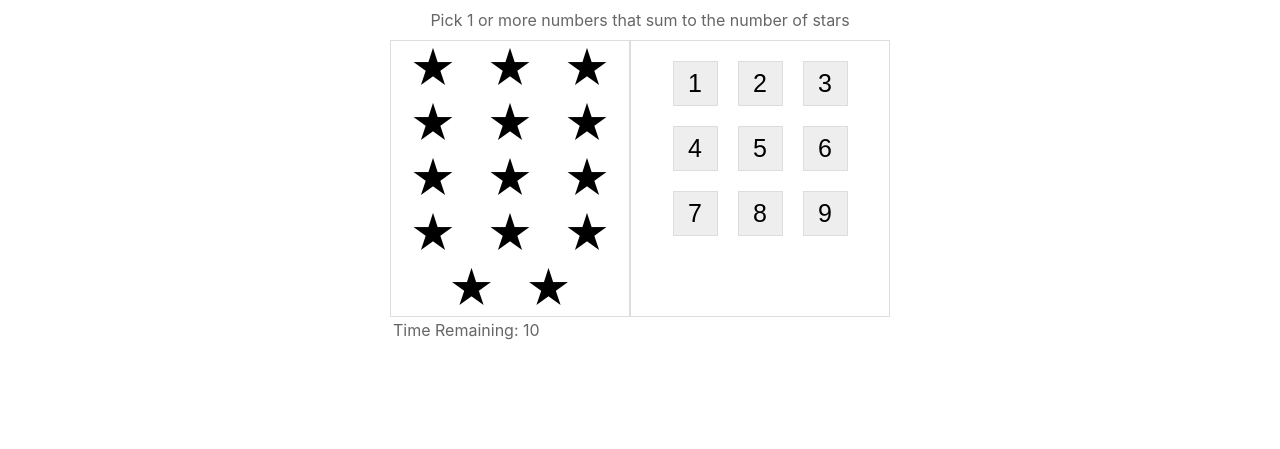
Repository: alicescfernandes/star-match-react-ts
Page: /
These files come from the project's save history. The page is drawn as it stood at one moment and after the next save; the edit follows.
The browser window is 1280 px wide. The pictures show the whole page.
The project was rebuilt for these pictures with package versions that can differ from the ones it lists, and the page was loaded fresh each time.

Above is the page before, as saved 2020-12-21 23:26:11.

### src/index.tsx
import React from 'react';
import ReactDOM from 'react-dom';
import './index.css';
import App  from './App';
import reportWebVitals from './reportWebVitals';

ReactDOM.render(
  <React.StrictMode>
    <App />
  </React.StrictMode>,
  document.getElementById('root')
);

// If you want to start measuring performance in your StartMatch, pass a function
// to log results (for example: reportWebVitals(console.log))
// or send to an analytics endpoint. Learn more: https://bit.ly/CRA-vitals
reportWebVitals(console.log);

### src/App.tsx
import './App.css';
import {utils} from './modules/utils'
import {colors} from './modules/constants'

const App = () => {
  const stars = 5;
  return (
    <div className="game">
      <div className="help">
        Pick 1 or more numbers that sum to the number of stars
      </div>
      <div className="body">
        <div className="left">
          {
            utils.range(0,stars).map(startId => {

          return <div key={startId} className="star" />
            })
          }
          <div className="star" />
          <div className="star" />
          <div className="star" />
          <div className="star" />
          <div className="star" />
          <div className="star" />
          <div className="star" />
          <div className="star" />
        </div>
        <div className="right">
          <button className="number">1</button>
          <button className="number">2</button>
          <button className="number">3</button>
          <button className="number">4</button>
          <button className="number">5</button>
          <button className="number">6</button>
          <button className="number">7</button>
          <button className="number">8</button>
          <button className="number">9</button>
        </div>
      </div>
      <div className="timer">Time Remaining: 10</div>
    </div>
  );
};

export default App;

### src/modules/utils.ts
// Math science
const utils = {
    // Sum an array
    sum: (arr:number[]) => arr.reduce((acc:number, curr:number) => acc + curr, 0),

    // create an array of numbers between min and max (edges included)
    range: (min: number, max: number) => Array.from({ length: max - min + 1 }, (_, i) => min + i),

    // pick a random number between min and max (edges included)
    random: (min: number, max: number) => min + Math.floor(Math.random() * (max - min + 1)),

    // Given an array of numbers and a max...
    // Pick a random sum (< max) from the set of all available sums in arr
    randomSumIn: (arr: string | any[], max: number) => {
      const sets = [[]];
      const sums = [];
      for (let i = 0; i < arr.length; i++) {
        for (let j = 0, len = sets.length; j < len; j++) {
          const candidateSet = sets[j].concat(arr[i]);
          const candidateSum = utils.sum(candidateSet);
          if (candidateSum <= max) {
            sets.push(candidateSet);
            sums.push(candidateSum);
          }
        }
      }
      return sums[utils.random(0, sums.length - 1)];
    },
  };

export {utils};

Loaded but not shown: public/index.html (common file); src/index.css (common file); src/reportWebVitals.ts (common file); src/App.css (common file)

After the next save:
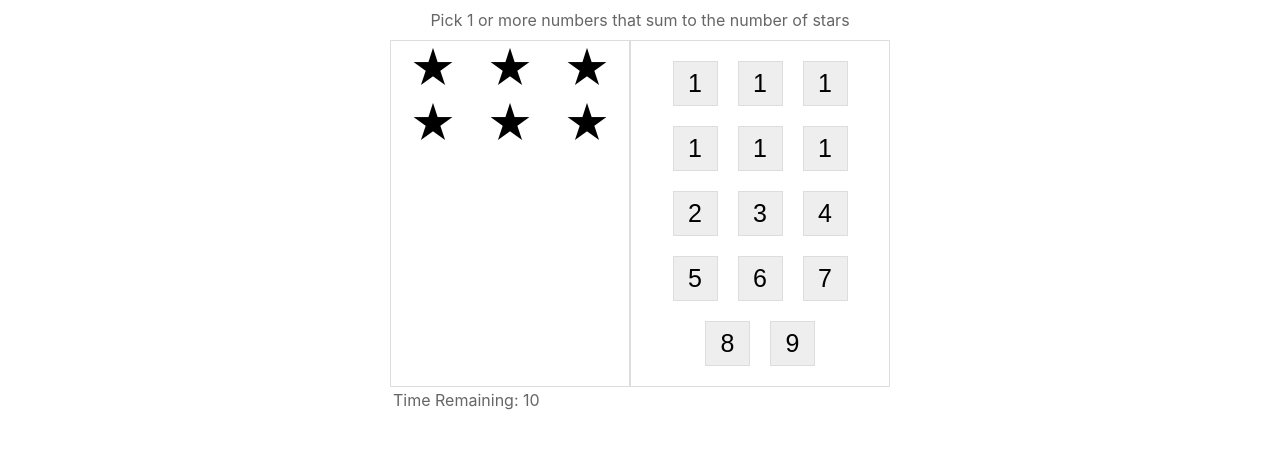
Saved 47 s later.
--- a/src/App.tsx
+++ b/src/App.tsx
@@ -12,22 +12,20 @@ const App = () => {
       <div className="body">
         <div className="left">
           {
-            utils.range(0,stars).map(startId => {
-
-          return <div key={startId} className="star" />
+            utils.range(0,stars).map(id => {
+              return <div key={id} className="star" />
             })
           }
-          <div className="star" />
-          <div className="star" />
-          <div className="star" />
-          <div className="star" />
-          <div className="star" />
-          <div className="star" />
-          <div className="star" />
-          <div className="star" />
+
         </div>
         <div className="right">
-          <button className="number">1</button>
+
+        {
+            utils.range(0,stars).map(id => {
+              return <button key={id} className="number">1</button>
+            })
+          }
+
           <button className="number">2</button>
           <button className="number">3</button>
           <button className="number">4</button>
